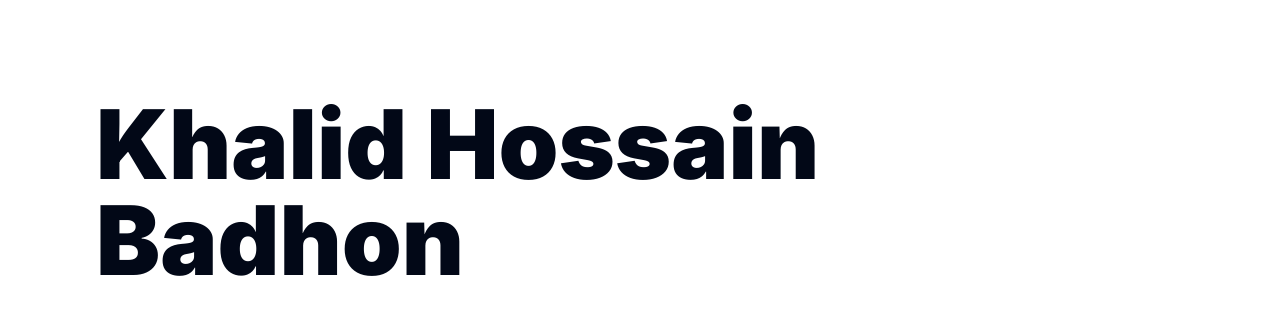
Repository: badhon252/portfolio
Page: /
The author's editor kept a copy of each file at every save. The page is drawn from the files as they stood at one save, then again after the next save.
The browser window is 1280 px wide. The pictures show the whole page.
The project was rebuilt for these pictures with package versions that can differ from the ones it lists, and the page was loaded fresh each time. The framework's server and built-in components were replaced by stand-ins that run in the browser. Also part of the build but not shown: next.config.mjs.

Above is the page before, as saved 2024-08-25 16:35:50.

### app/layout.tsx
import type { Metadata } from 'next';
import { Inter } from 'next/font/google';
import './globals.css';

const inter = Inter({ subsets: ['latin'] });

export const metadata: Metadata = {
  title: 'Khalid Hossain | Web Developer',
  description: 'Generated by create next app',
};

export default function RootLayout({
  children,
}: Readonly<{
  children: React.ReactNode;
}>) {
  return (
    <html lang="en">
      <body className={inter.className}>{children}</body>
    </html>
  );
}

### app/page.tsx
export default function Home() {
  return (
    <main className="flex min-h-screen flex-col items-center justify-between p-24">
      <h1 className="h1 text-8xl font-black">Khalid Hossain Badhon</h1>
    </main>
  );
}

### components/Hero/HeroSection.tsx
export default function Home() {
  return (
    <section className="flex min-h-screen flex-col items-center justify-between p-24">
      <h1 className="h1 text-8xl font-black">Khalid Hossain Badhon</h1>
    </section>
  );
}

Loaded but not shown: app/globals.css (common file); tailwind.config.ts (common file)

After the next save:
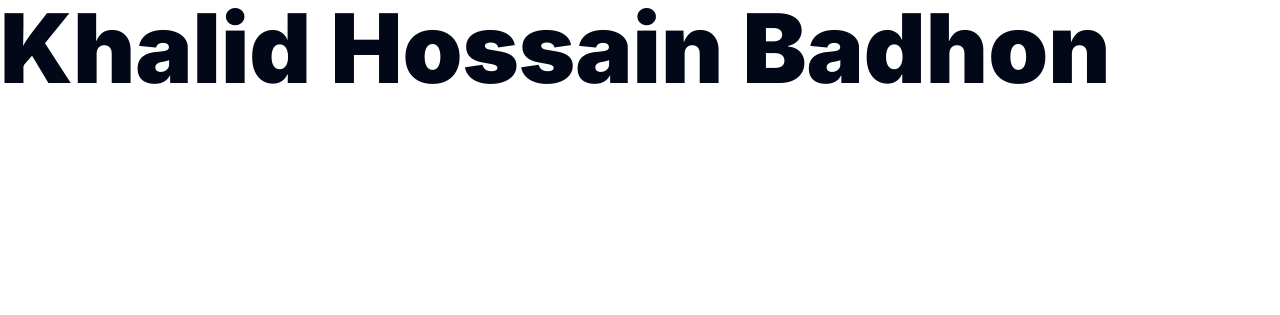
Saved 13 s later.
--- a/app/page.tsx
+++ b/app/page.tsx
@@ -1,6 +1,6 @@
 export default function Home() {
   return (
-    <main className="flex min-h-screen flex-col items-center justify-between p-24">
+    <main>
       <h1 className="h1 text-8xl font-black">Khalid Hossain Badhon</h1>
     </main>
   );

After the 3 saves that followed:
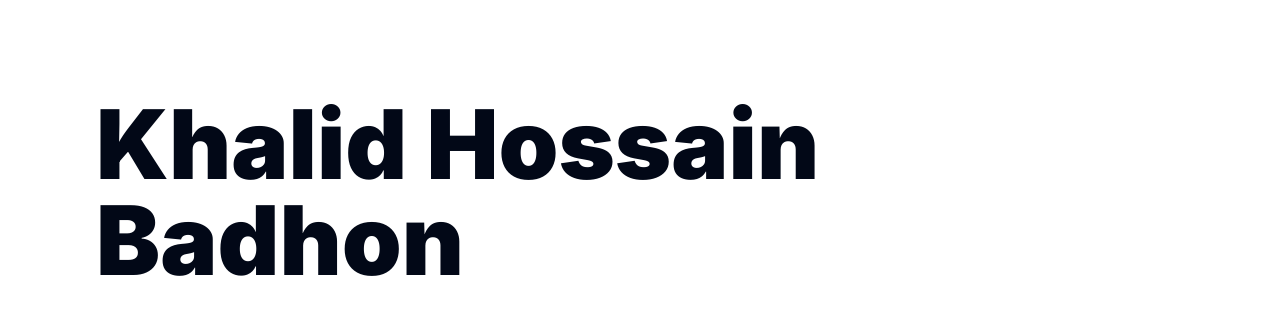
The 3 saves are shown as one change because 2 left the picture as it was.
The last was saved 5 min 24 s later.
--- a/app/layout.tsx
+++ b/app/layout.tsx
@@ -6,7 +6,8 @@ const inter = Inter({ subsets: ['latin'] });
 
 export const metadata: Metadata = {
   title: 'Khalid Hossain | Web Developer',
-  description: 'Generated by create next app',
+  description:
+    'Passionate Software Engineer with expertise in JavaScript and Python, specializing in crafting high-quality web applications. Proficient in Next.js for building efficient andscalable solutions. Dedicated to delivering exceptional user experiences throughcutting-edge technologies.',
 };
 
 export default function RootLayout({
--- a/app/page.tsx
+++ b/app/page.tsx
@@ -1,7 +1,9 @@
+import HeroSection from '@/components/Hero/HeroSection';
+
 export default function Home() {
   return (
     <main>
-      <h1 className="h1 text-8xl font-black">Khalid Hossain Badhon</h1>
+      <HeroSection />
     </main>
   );
 }
--- a/components/Hero/HeroSection.tsx
+++ b/components/Hero/HeroSection.tsx
@@ -1,4 +1,4 @@
-export default function Home() {
+export default function HeroSection() {
   return (
     <section className="flex min-h-screen flex-col items-center justify-between p-24">
       <h1 className="h1 text-8xl font-black">Khalid Hossain Badhon</h1>
